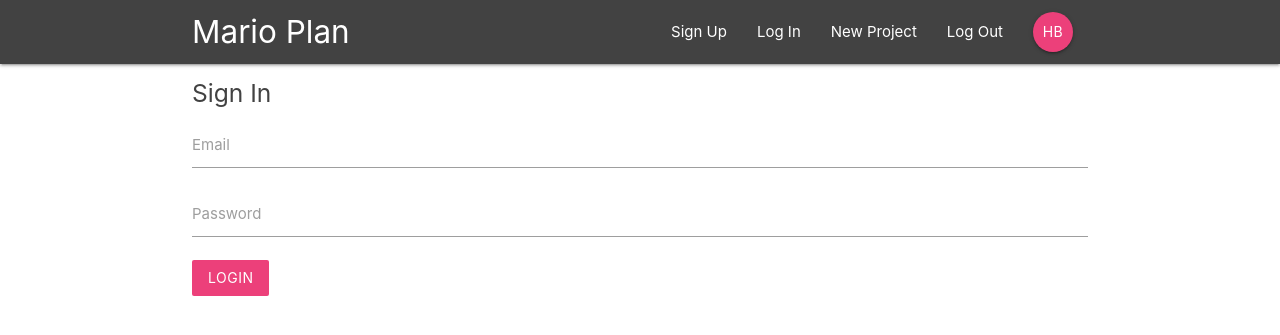
Repository: habiburrehman012/React-marioplan
Page: /singin
The author's editor kept a copy of each file at every save. The page is drawn from the files as they stood at one save, then again after the next save.
The browser window is 1280 px wide. The pictures show the whole page.
The project was rebuilt for these pictures with package versions that can differ from the ones it lists, and the page was loaded fresh each time. Also part of the build but not shown: src/components/dashboard/Notifications.js, src/components/projects/ProjectList.js, src/components/dashboard/Dashboard.js, src/components/projects/ProjectDetail.js.

Above is the page before, as saved 2020-03-28 12:24:25.

After the next save:
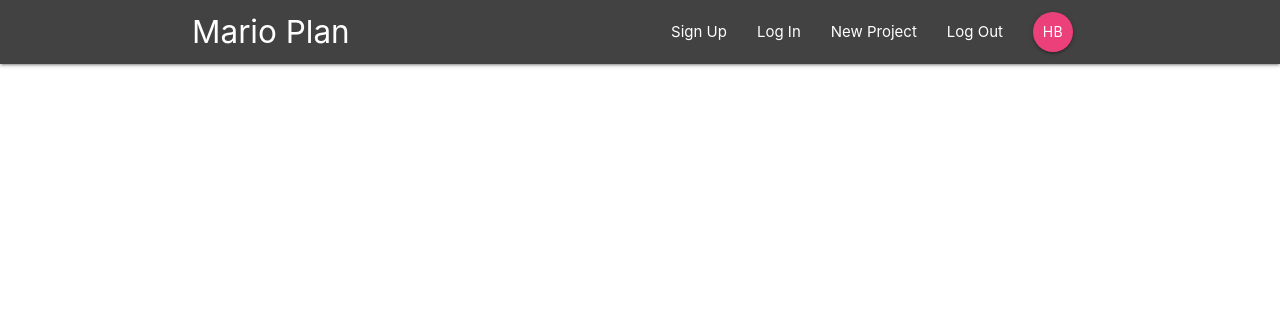
Saved 3 min 56 s later.
--- a/src/App.js
+++ b/src/App.js
@@ -12,7 +12,7 @@
         <Navbar/>
         <Switch>
           <Route exact path='/' component={Dashboard}/>
-          <Route path='/singin' component={SignIn}/>
+          <Route path='/signin' component={SignIn}/>
           <Route path='/project/:id' component={ProjectDetail}/>
         </Switch>
       </div>
